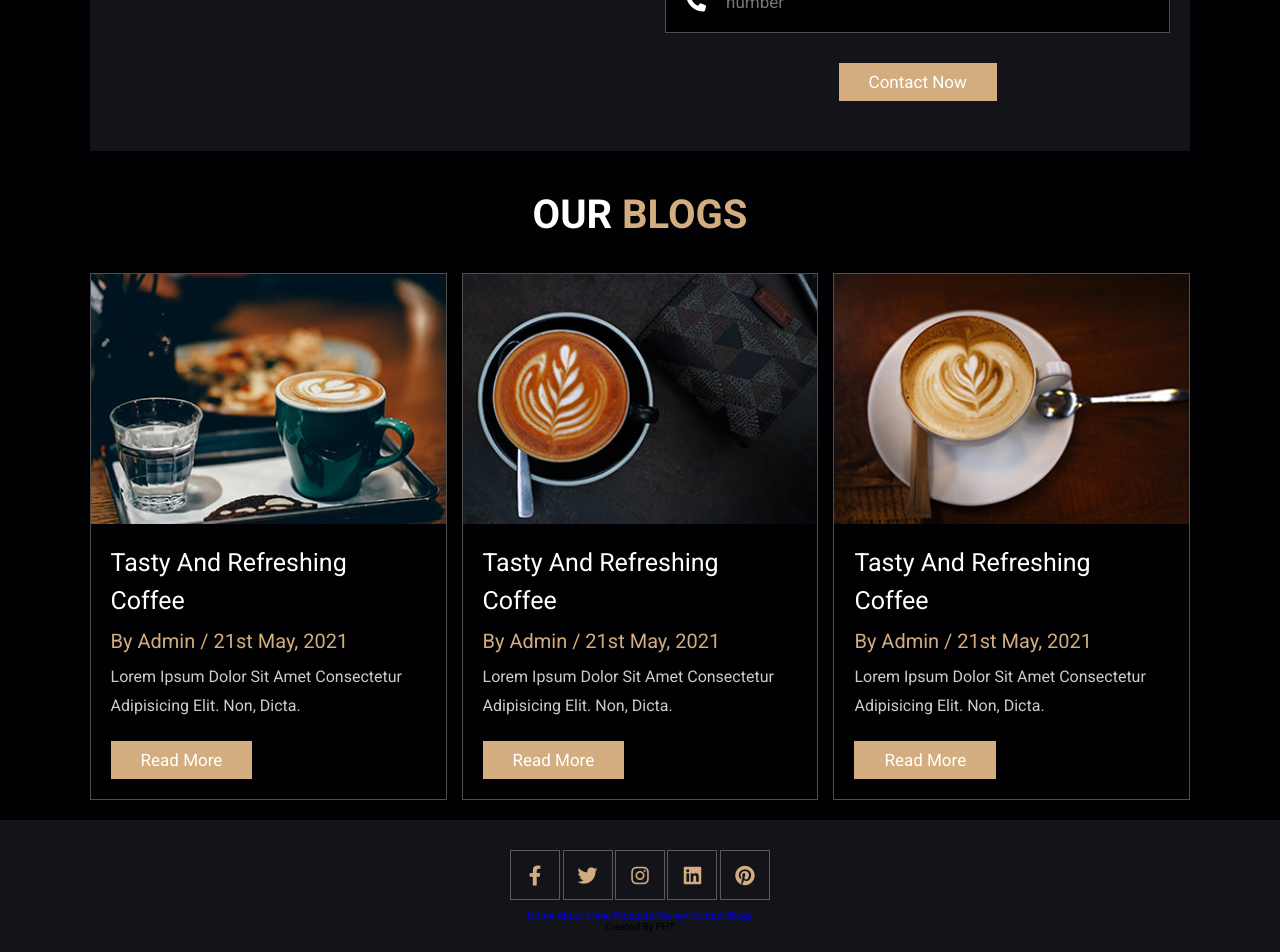
Repository: phamtrunghptn-dev/coffee-shop
Page: index.html
These files come from the project's save history. The page is drawn as it stood at one moment and after a run of saves; the edit follows.
The browser window is 1280 px wide. The pictures show the part of the page from y = 3638 to 4590 px (the page is 4590 px tall).
Pictures or frames that could not be fetched are drawn as grey boxes. A picture or video elsewhere on the page could not be fetched, so the positions and the page height are approximate. Some web libraries are served in a nearby version.

Above is the page before, as saved 2022-06-26 22:15:27.

After the next 3 saves:
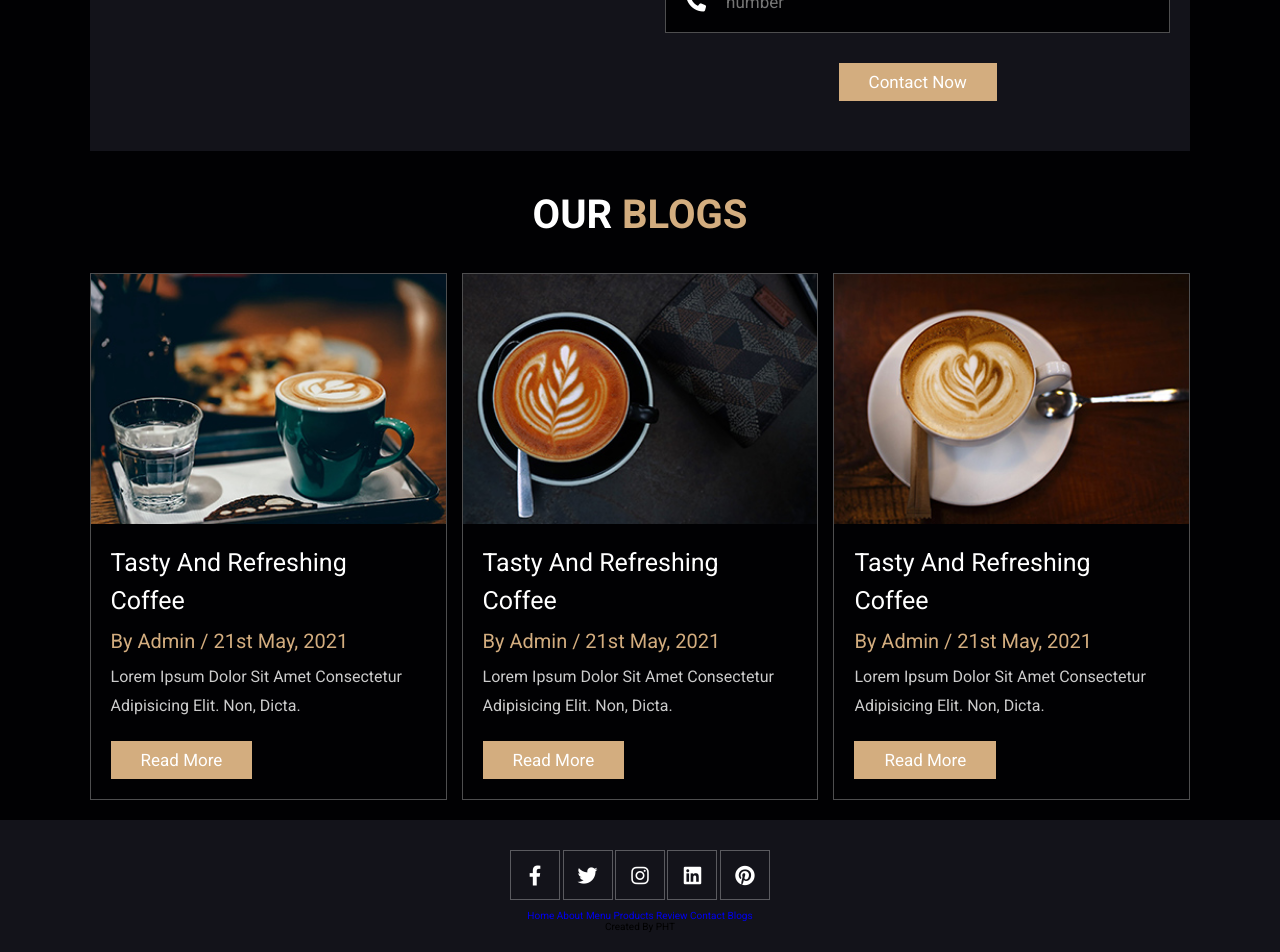
The 3 saves are shown as one change because they came seconds apart.
The last was saved 9 s later.
--- a/css/style.css
+++ b/css/style.css
@@ -525,8 +525,9 @@ section{
     width: 5rem;
     line-height: 5rem;
     font-size: 2rem;
-    color: var(--main-color);
-    border: var(--border)
+    color: #fff;
+    border: var(--border);
+
 }
 
 
